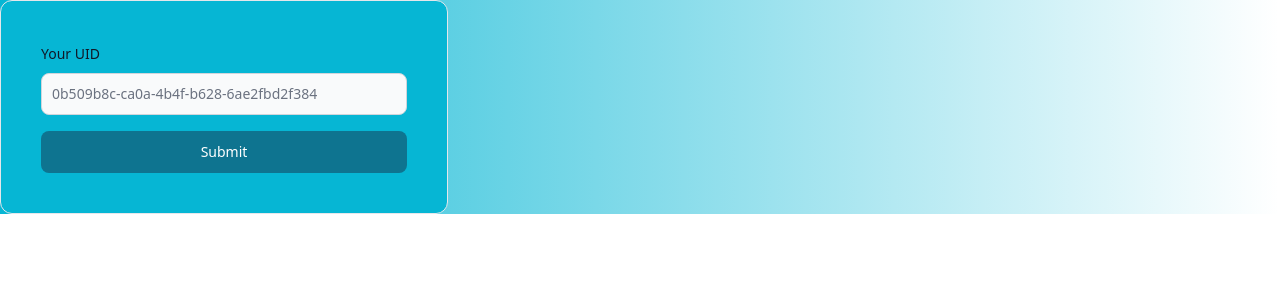
Repository: PrzemyslawJura/Frontend
Page: /
An editor plug-in stored every save of this project. The page is shown before and after the next save, followed by the edit.
The browser window is 1280 px wide. The pictures show the whole page.
The project was rebuilt for these pictures with package versions that can differ from the ones it lists, and the page was loaded fresh each time. Also part of the build but not shown: vite.config.ts.

Above is the page before, as saved 2024-07-24 11:49:39.

### index.html
<!doctype html>
<html lang="en">
  <head>
    <meta charset="UTF-8" />
    <link rel="icon" type="image/svg+xml" href="/vite.svg" />
    <meta name="viewport" content="width=device-width, initial-scale=1.0" />
    <title>Warehouse</title>
  </head>
  <body>
    <div id="root"></div>
    <script type="module" src="/src/main.tsx"></script>
  </body>
</html>

### src/main.tsx
import React from 'react'
import ReactDOM from 'react-dom/client'
import './output.css'
import Login from './pages/Login/Login'

ReactDOM.createRoot(document.getElementById('root')!).render(
  <React.StrictMode>
    <Login />
  </React.StrictMode>,
)

### src/pages/Login/Login.tsx
import { LoginForm } from '../../components/form/LoginForm'

function Login() {

  return (
    <>
        <div className="h-14 bg-gradient-to-r from-cyan-500 to-blue-300">
            <div className="p-10 bg-cyan-500 max-w-md border rounded-xl">
                <LoginForm/>
            </div>
        </div>
    </>
  )
}

export default Login

### src/components/form/LoginForm.tsx
"use client";

import { Button, Label, TextInput } from "flowbite-react";

export function LoginForm() {
  return (
    <form className="flex max-w-md flex-col gap-4">
      <div>
        <div className="mb-2 block">
          <Label htmlFor="uid" value="Your UID" />
        </div>
        <TextInput id="uid" type="text" placeholder="0b509b8c-ca0a-4b4f-b628-6ae2fbd2f384" required />
      </div>
      <Button type="submit">Submit</Button>
    </form>
  );
}

Loaded but not shown: src/output.css (6043 lines, source omitted)

After the next save:
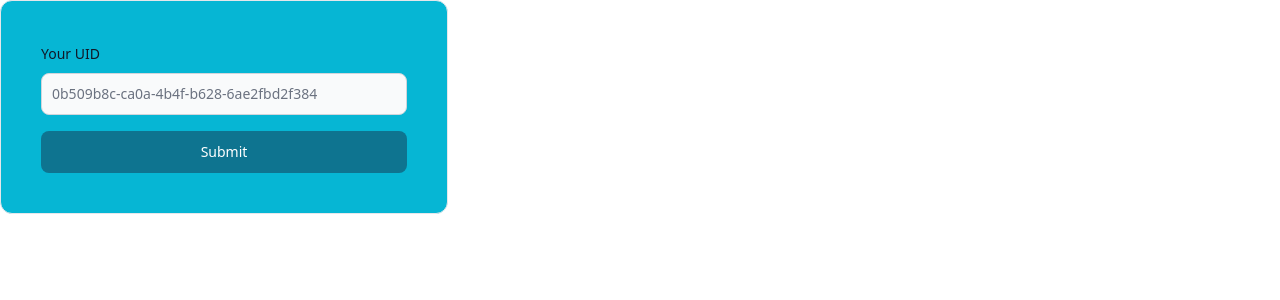
Saved 24 s later.
--- a/src/pages/Login/Login.tsx
+++ b/src/pages/Login/Login.tsx
@@ -4,7 +4,7 @@ function Login() {
 
   return (
     <>
-        <div className="h-14 bg-gradient-to-r from-cyan-500 to-blue-300">
+        <div className="">
             <div className="p-10 bg-cyan-500 max-w-md border rounded-xl">
                 <LoginForm/>
             </div>
